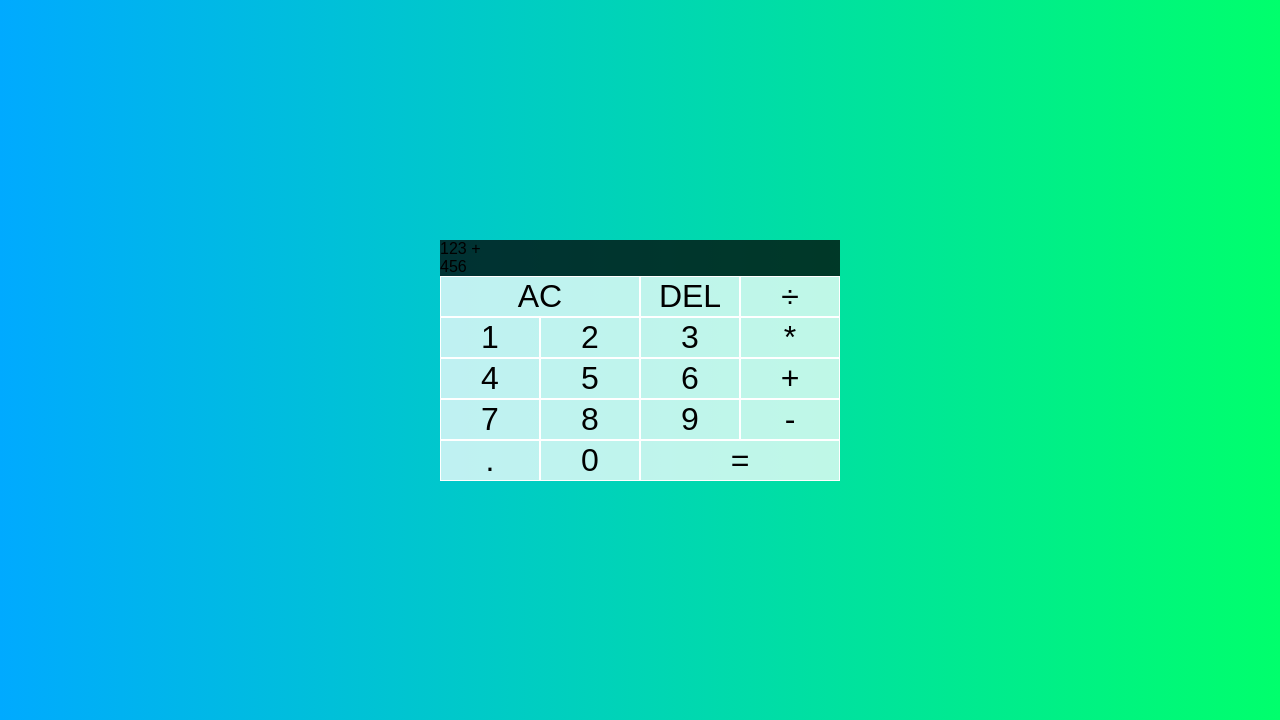
Repository: weazzyefff/Calculator-YT-Tutorial-
Page: index.html
These files come from the project's save history. The page is drawn as it stood at one moment and after the next save; the edit follows.
The browser window is 1280 px wide. The pictures show the whole page.

Above is the page before, as saved 2022-12-23 12:15:35.

### index.html
<!DOCTYPE html>
<html>
<head>
	<meta charset="utf-8">
	<meta name="viewport" content="width=device-width, initial-scale=1">
	<title>Calculator App</title>
    <link rel="stylesheet" href="styles.css">
    <script src="script.js" defer></script>
</head>
<body>
    <div class="calculator-grid">
    <div class="output">
        <div class="previous-operand">123 +</div>
        <div class="current-operand">456</div>
    </div>
    <button class="span-two">AC</button>
    <button>DEL</button>
    <button>÷</button>
    <button>1</button>
    <button>2</button>
    <button>3</button>
    <button>*</button>
    <button>4</button>
    <button>5</button>
    <button>6</button>
    <button>+</button>
    <button>7</button>
    <button>8</button>
    <button>9</button>
    <button>-</button>
    <button>.</button>
    <button>0</button>
    <button class="span-two">=</button>
    </div>

</body>
</html>

### styles.css
*, *::before, *::after {
    box-sizing: border-box;
    font-family: Gotham Rounded, sans-serif;
    font-weight: normal;
}

body {
    padding: 0;
    margin: 0;
    background: linear-gradient(to right, #00AAFF, #00FF6C);
}

.calculator-grid {
    display: grid;
    justify-content: center;
    align-content: center;
    min-height: 100vh;
    grid-template-columns: repeat(4,100px);
    grid-template-rows: minmax(120px, auto) repeat((5, 100px));
}

.calculator-grid > button {
    cursor: pointer;
    font-size: 2rem;
    border: 1px solid white;
    outline: none;
    background-color: rgba(255,255,255, .75);
}

.calculator-grid > button:hover {
    background-color:rgba(255,255,255, .9);
}

.span-two {
    grid-column: span 2;
}

.output  {
    grid-column: 1 / -1;
    background-color: rgba(0,0,0, .75);
}

Loaded but not shown: script.js (no stored copy; drawn as an empty file)

After the next save:
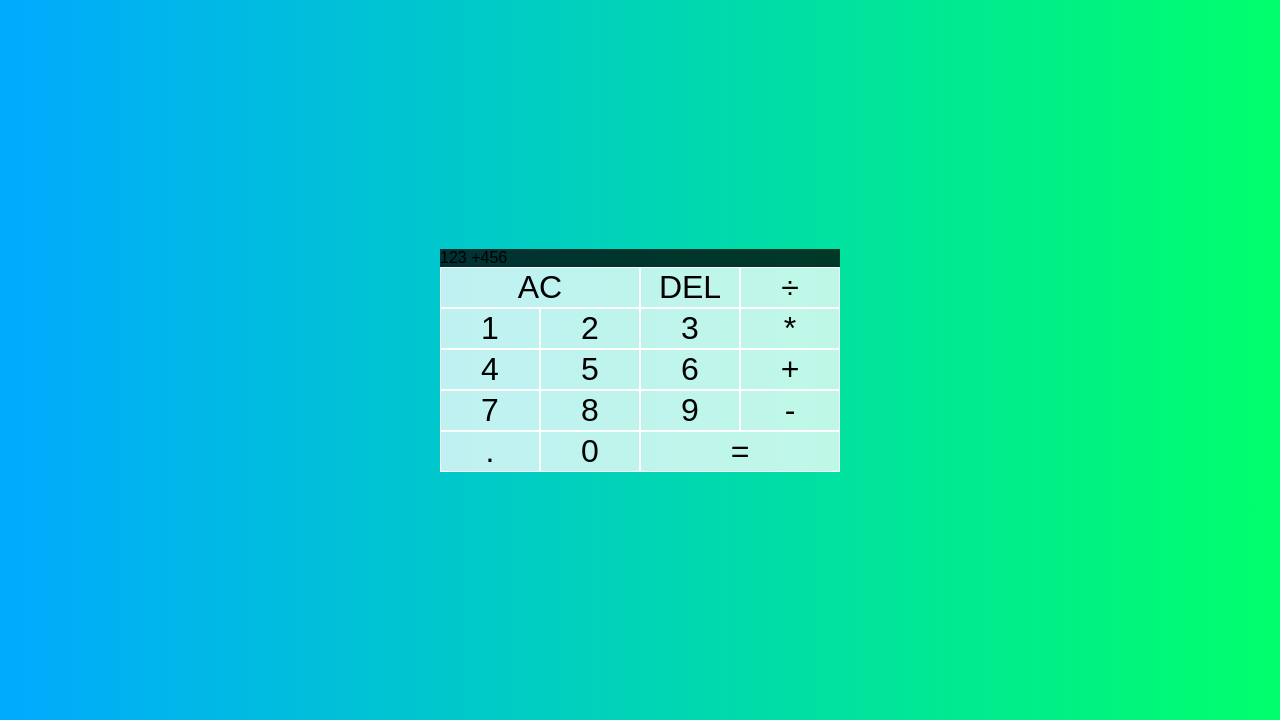
Saved 31 s later.
--- a/styles.css
+++ b/styles.css
@@ -38,4 +38,6 @@ body {
 .output  {
     grid-column: 1 / -1;
     background-color: rgba(0,0,0, .75);
+    display: flex;
+    align-items: flex-end;
 }
